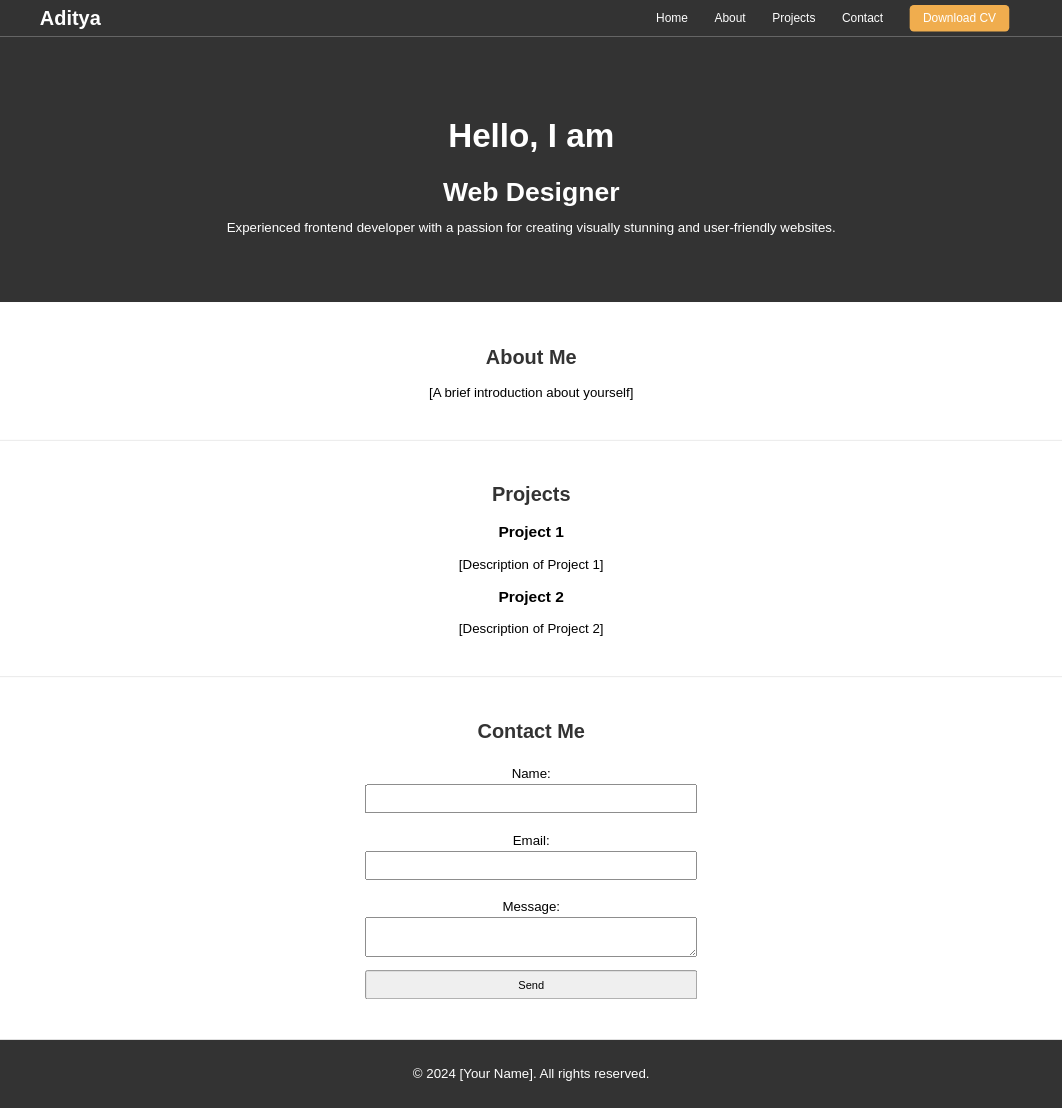
Repository: 4Kbrain/Portofolio
Page: index.html
These files come from the project's save history. The page is drawn as it stood at one moment and after the next save; the edit follows.
The browser window is 1280 px wide. The pictures show the whole page, at 83% of full size.

Above is the page before, as saved 2024-05-15 07:56:04.

### index.html
<!DOCTYPE html>
<html lang="en">
<head>
    <meta charset="UTF-8">
    <meta name="viewport" content="width=device-width, initial-scale=1.0">
    <title>My Portfolio</title>
    <link rel="stylesheet" href="styles.css">
</head>
<body>
    <header>
        <nav>
            <div class="logo">
                <a href="#home">Aditya</a>
            </div>
            <ul>
                <li><a href="#home">Home</a></li>
                <li><a href="#about">About</a></li>
                <li><a href="#projects">Projects</a></li>
                <li><a href="#contact">Contact</a></li>
                <li><a href="#download-cv" class="download-cv">Download CV</a></li>
            </ul>
        </nav>
    </header>

    <section id="home">
        <h1>Hello, I am</h1>
        <h2>Web Designer</h2>
        <p>Experienced frontend developer with a passion for creating visually stunning and user-friendly websites.</p>
    </section>

    <section id="about">
        <h2>About Me</h2>
        <p>[A brief introduction about yourself]</p>
    </section>

    <section id="projects">
        <h2>Projects</h2>
        <div class="project">
            <h3>Project 1</h3>
            <p>[Description of Project 1]</p>
        </div>
        <div class="project">
            <h3>Project 2</h3>
            <p>[Description of Project 2]</p>
        </div>
        <!-- Add more projects as needed -->
    </section>

    <section id="contact">
        <h2>Contact Me</h2>
        <form id="contact-form">
            <label for="name">Name:</label>
            <input type="text" id="name" name="name" required>

            <label for="email">Email:</label>
            <input type="email" id="email" name="email" required>

            <label for="message">Message:</label>
            <textarea id="message" name="message" required></textarea>

            <button type="submit">Send</button>
        </form>
    </section>

    <footer>
        <p>&copy; 2024 [Your Name]. All rights reserved.</p>
    </footer>
</body>
</html>

### styles.css
body {
    font-family: Arial, sans-serif;
    margin: 0;
    padding: 0;
    box-sizing: border-box;
}

header {
    background-color: #333;
    color: white;
    padding: 0.5rem 1rem;
}

nav {
    display: flex;
    justify-content: space-between;
    align-items: center;
    padding: 0 2rem;
}

nav .logo a {
    color: white;
    font-size: 1.5rem;
    font-weight: bold;
    text-decoration: none;
}

nav ul {
    list-style: none;
    padding: 0;
    margin: 0;
    display: flex;
    align-items: center;
}

nav ul li {
    margin: 0 1rem;
}

nav ul li a {
    color: white;
    text-decoration: none;
    font-size: 0.9rem; /* Smaller font size for navbar items */
}

nav ul li a.download-cv {
    background-color: #f0ad4e;
    padding: 0.5rem 1rem;
    border-radius: 5px;
    color: white;
}

section {
    padding: 2rem;
    text-align: center;
}

#home {
    background: #333; /* Same background color as the navbar */
    color: white; /* Ensure text is readable on dark background */
    padding: 4rem 2rem;
}

#home h1 {
    font-size: 2.5rem;
    margin-bottom: 0.5rem;
}

#home h2 {
    font-size: 2rem;
    margin-bottom: 1rem;
}

#about, #projects, #contact {
    background: #fff;
    border-bottom: 1px solid #ddd;
}

#about h2, #projects h2, #contact h2 {
    color: #333;
}

.project {
    margin: 1rem 0;
}

form {
    display: flex;
    flex-direction: column;
    max-width: 400px;
    margin: 0 auto;
}

form label {
    margin: 0.5rem 0 0.2rem;
}

form input, form textarea, form button {
    padding: 0.5rem;
    margin-bottom: 1rem;
}

footer {
    background-color: #333;
    color: white;
    text-align: center;
    padding: 1rem 0;
}

After the next save:
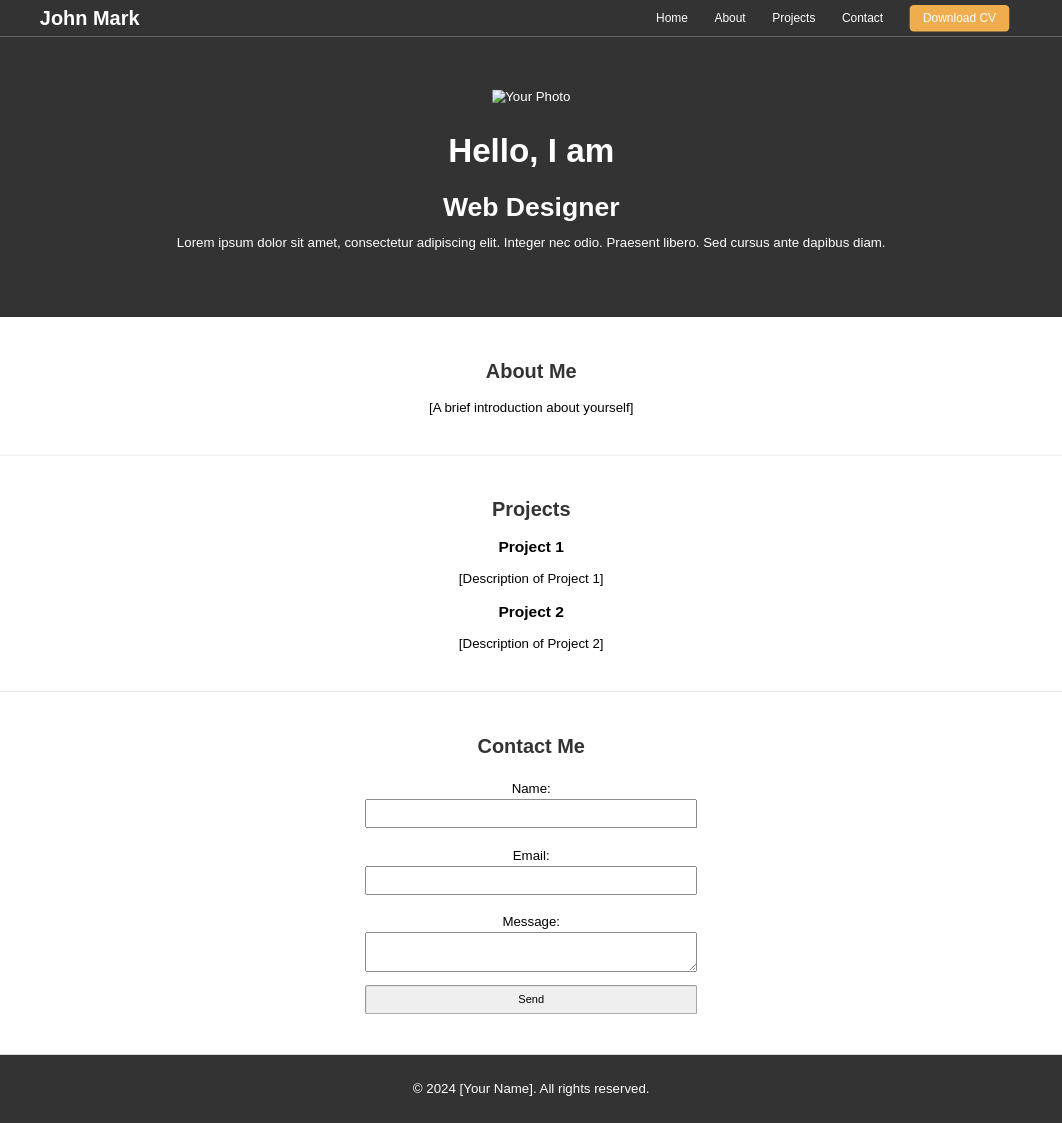
Not found: your-photo.jpg
Saved 109 s later.
--- a/index.html
+++ b/index.html
@@ -10,7 +10,7 @@
     <header>
         <nav>
             <div class="logo">
-                <a href="#home">Aditya</a>
+                <a href="#home">John Mark</a>
             </div>
             <ul>
                 <li><a href="#home">Home</a></li>
@@ -23,9 +23,16 @@
     </header>
 
     <section id="home">
-        <h1>Hello, I am</h1>
-        <h2>Web Designer</h2>
-        <p>Experienced frontend developer with a passion for creating visually stunning and user-friendly websites.</p>
+        <div class="home-container">
+            <div class="home-photo">
+                <img src="your-photo.jpg" alt="Your Photo">
+            </div>
+            <div class="home-text">
+                <h1>Hello, I am</h1>
+                <h2>Web Designer</h2>
+                <p>Lorem ipsum dolor sit amet, consectetur adipiscing elit. Integer nec odio. Praesent libero. Sed cursus ante dapibus diam.</p>
+            </div>
+        </div>
     </section>
 
     <section id="about">
